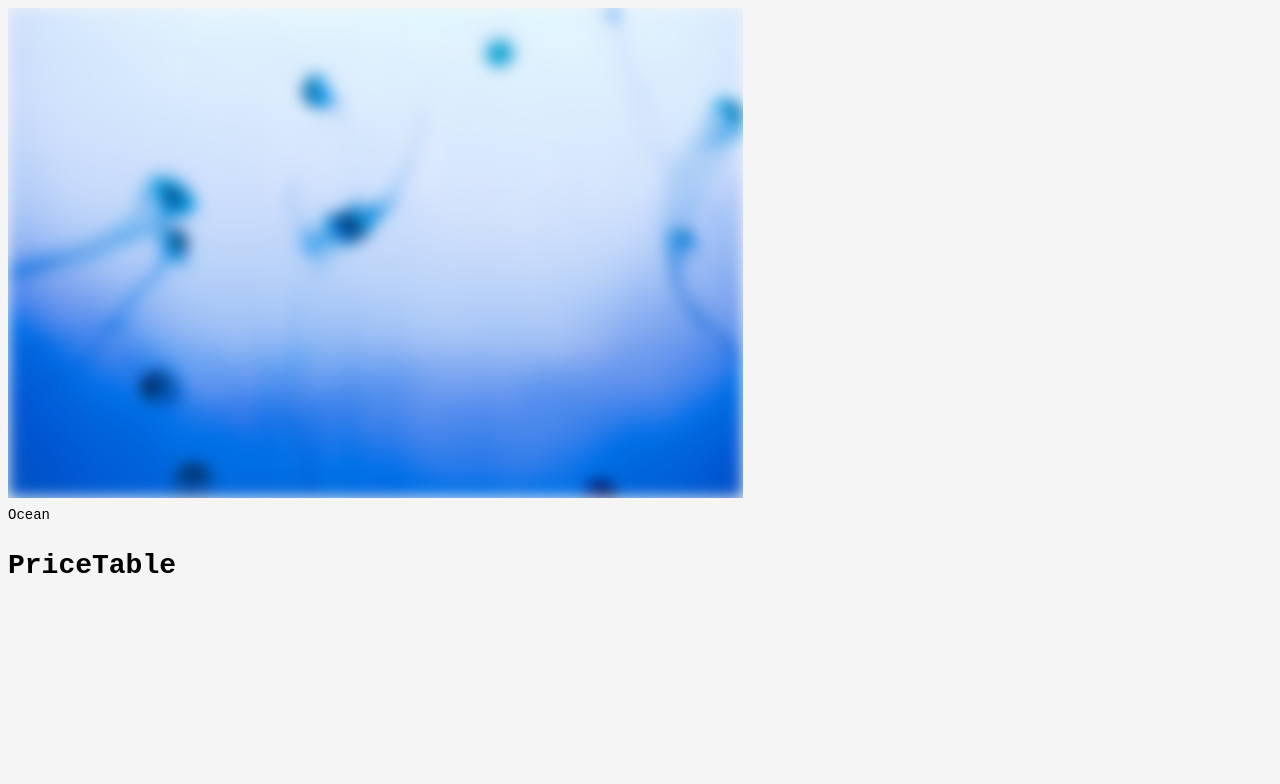
Repository: HoanTiny/pricetable
Page: index.html
These files come from the project's save history. The page is drawn as it stood at one moment and after the next save; the edit follows.
The browser window is 1280 px wide. The pictures show the whole page.

Above is the page before, as saved 2022-07-04 09:57:32.

### index.html
<!DOCTYPE html>
<html lang="en">
    <head>
        <meta charset="UTF-8" />
        <meta http-equiv="X-UA-Compatible" content="IE=edge" />
        <meta name="viewport" content="width=device-width, initial-scale=1.0" />
        <title>PriceTable</title>
        <link rel="stylesheet" href="./assests/css/style.css" />
    </head>
    <body>
        <div class="container">
            <div class="price-table">
                <div class="img">
                    <img src="./assests/img/ocean.png" alt="logo" />
                    <span>Ocean</span>
                </div>
                <div class="title">
                    <h1>PriceTable</h1>
                </div>
            </div>
        </div>
    </body>
</html>

### assests/css/style.css
body {
    background-color: #f5f5f5;
    font-family: "Courier New", Courier, monospace;
    font-size: 14px;
    line-height: 1.5;
}

* {
    box-sizing: border-box;
}

.container {
    display: flex;
}

.price-table {
    width: 362px;
    height: 768px;
}

.img {
    position: relative;
    width: 100%;
}

After the next save:
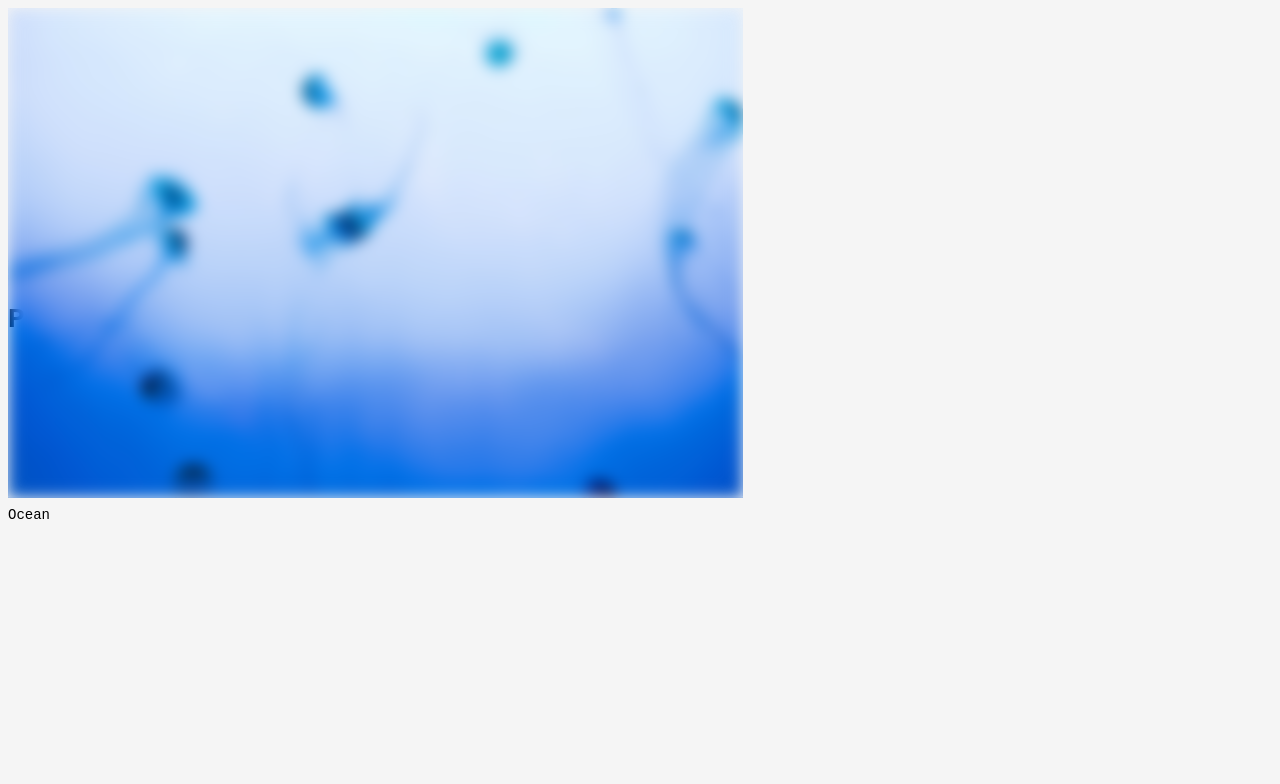
Saved 26 s later.
--- a/assests/css/style.css
+++ b/assests/css/style.css
@@ -20,5 +20,6 @@ body {
 
 .img {
     position: relative;
+    height: 272px;
     width: 100%;
 }
